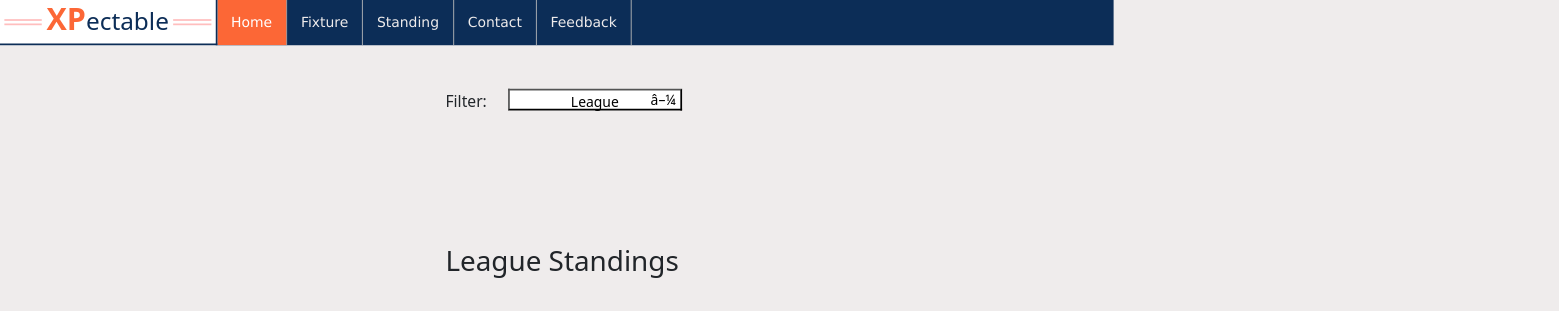
Repository: allanmanno/Xpectable
Page: http://localhost/xpec/standing.jsp?league_id=-1
The author's editor kept a copy of each file at every save. The page is drawn from the files as they stood at one save, then again after the next save.
The browser window is 1280 px wide. The page is 1792 px wide, so the pictures cover 1792 px, including what lies to the right of the window. The pictures show the whole page, at 87% of full size.
After loading, the first visible `#drop-btn` was clicked once.
The page is served by Tomcat 9. Queries for data that is not in the repository find no rows.

Above is the page before, as saved 2024-05-16 22:03:55.
Console error: ReferenceError: dropdownFunction is not defined

After the next save:
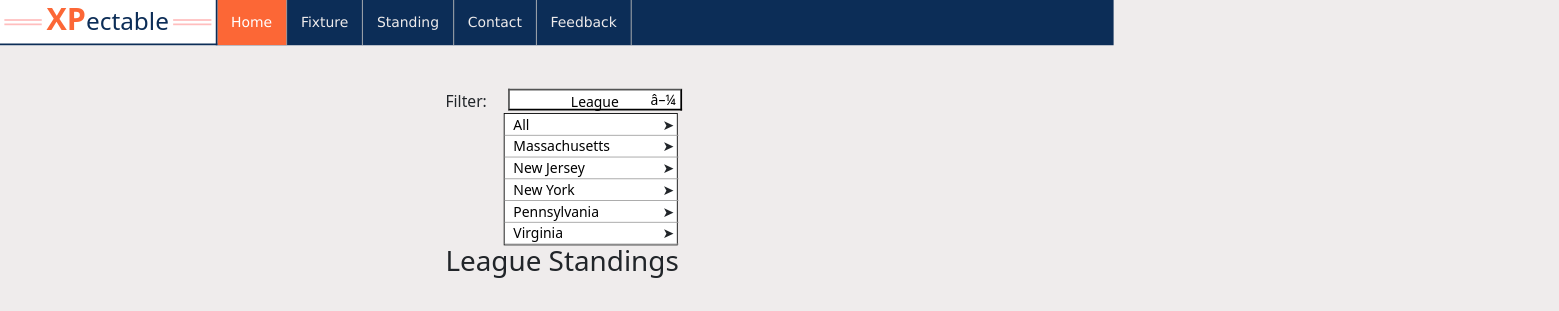
The error is gone.
Saved 12 s later.
--- a/xpec/src/main/webapp/resources/js/fixture.js
+++ b/xpec/src/main/webapp/resources/js/fixture.js
@@ -1,10 +1,41 @@
+function dropdownFunction(){
+    document.getElementById("drop-content").classList.toggle("show");
+}
+
+window.onclick = function(event) {
+    if (!event.target.matches('.dropdown-btn')) {
+      var dropdowns = document.getElementsByClassName("dropdown-content");
+      var i;
+      for (i = 0; i < dropdowns.length; i++) {
+        var openDropdown = dropdowns[i];
+        if (openDropdown.classList.contains('show')) {
+          openDropdown.classList.remove('show');
+        }
+      }
+    }
+  }
+
+  // JavaScript for filtering standings
+function filterStandings(leagueId) {
+    // Make an AJAX request to fetch standings for the selected league
+    var xhttp = new XMLHttpRequest();
+    xhttp.onreadystatechange = function() {
+        if (this.readyState == 4 && this.status == 200) {
+            // Update the standings table with the fetched data
+            document.getElementById("standingsTable").innerHTML = this.responseText;
+        }
+    };
+    xhttp.open("GET", "fetchStandings.jsp?league_id=" + leagueId, true);
+    xhttp.send();
+}
+
 function filterFixture(leagueId) {
     // Make an AJAX request to fetch fixture data for the selected league
-    fetch("fetchFixture.jsp?league_id=" + leagueId) // Ensure URL parameter name matches the one expected by fetchFixture.jsp
+    fetch("fetchFixture.jsp?league_id=" + leagueId)
         .then(response => response.text())
         .then(data => {
             // Update the fixture table with the fetched data
-            document.getElementById("fixtureTable").innerHTML = data; // Ensure there's an element with id "fixtureTable" to update
+            document.getElementById("fixtureTable").innerHTML = data;
         })
         .catch(error => {
             console.error('Error:', error);
@@ -16,8 +47,7 @@ function filterFixture(leagueId) {
 document.querySelectorAll('.dropdown-content a').forEach(item => {
     item.addEventListener('click', event => {
         event.preventDefault(); // Prevent default link behavior
-
         var leagueId = item.getAttribute('href').split("=")[1]; // Extract league ID from href
-        filterFixture(leagueId); // Filter fixture data based on selected league ID
+        filterStandings(leagueId); // Filter standings based on selected league ID
     });
 });
